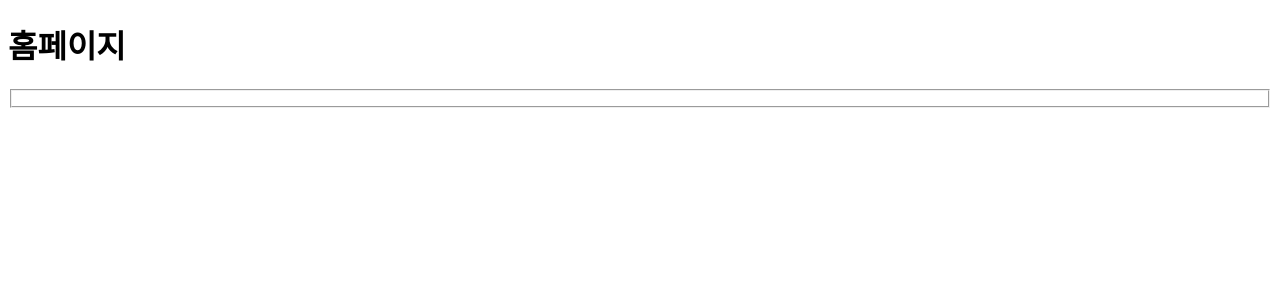
Repository: Cheol-Cheol/KOSA
Page: Kcc_web/Html/WebContent/form.html
The author's editor kept a copy of each file at every save. The page is drawn from the files as they stood at one save, then again after a run of saves.
The browser window is 1280 px wide. The pictures show the whole page.

Above is the page before, as saved 2024-07-08 05:46:21.

After the next 2 saves:
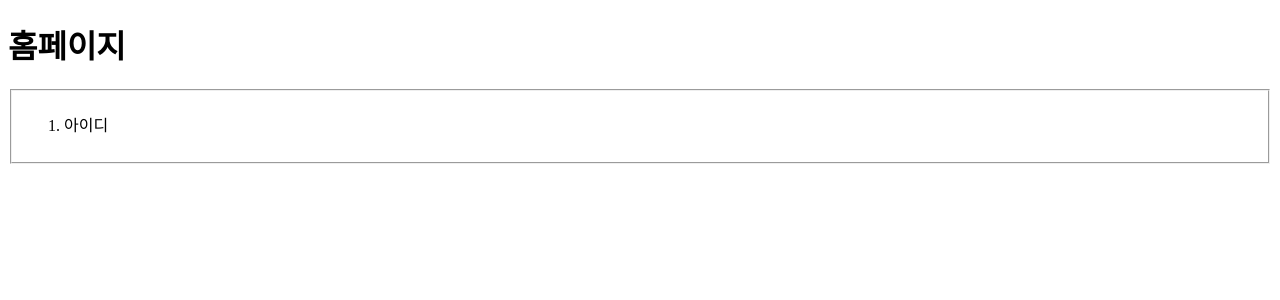
The 2 saves are shown as one change because they came seconds apart.
The last was saved 65 s later.
--- a/Kcc_web/Html/WebContent/form.html
+++ b/Kcc_web/Html/WebContent/form.html
@@ -7,7 +7,11 @@
 <body>
 	<h1>홈페이지</h1>
 	<form action="서버URL" method="get/post">
-		<fieldset></fieldset>
+		<fieldset>
+			<ol>
+				<li><label for="id">아이디</label></li>
+			</ol>
+		</fieldset>
 	</form>
 </body>
 </html>
